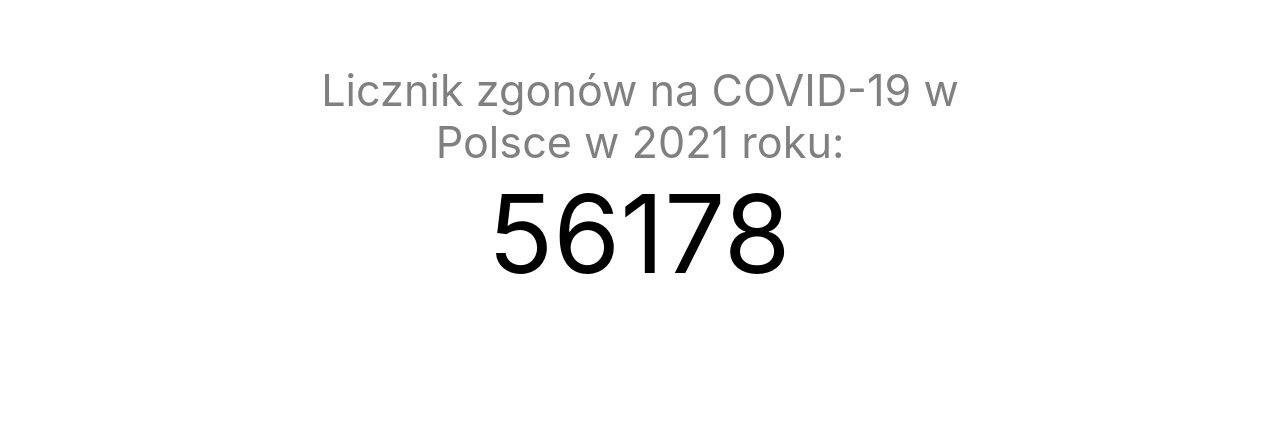
Repository: michalgornicki/poland-covid
Page: /
An editor plug-in stored every save of this project. The page is shown before and after a run of saves, followed by the edit.
The browser window is 1280 px wide. The pictures show the whole page.
The project was rebuilt for these pictures with package versions that can differ from the ones it lists, and the page was loaded fresh each time.

Above is the page before, as saved 2021-12-04 19:11:27.

### src/App.jsx
import React, { useEffect } from 'react';
import './App.css';

function App() {



  const startTime = () => {
    const date = new Date();
    let miliseconds = date.getTime();
    let seconds = Math.round(miliseconds/1000);
    let hours = seconds/3600;
    let thisYearHours = Math.round(hours - 447056);
    let thisYearSeconds = Math.round(seconds - 1609401600)

    let deaths = Math.round(thisYearSeconds*0.00192110763);
    document.getElementsByClassName('counter')[0].innerHTML =  deaths;
    setTimeout(startTime, 1000);
  }

  useEffect(() => {
    startTime()
  });

  return (
    <p>
      <div className="text-container">
      <div className="header">Licznik zgonów na COVID-19 w Polsce w 2021 roku:</div>
      <div className="counter">{""}</div>
      </div>
    </p>
  );
}

export default App;

### src/App.css
.text-container{
    margin-top: 5%;
}

.header{
    font-size: 6vmin;
    display: block;
    margin: auto;
    width: 50%;
    text-align: center;
    color: gray;
}

.counter{
    font-size: 15vmin;
    display: block;
    margin: auto;
    width: 50%;
    text-align: center;
}

Loaded but not shown: public/index.html (common file); src/index.js (common file); src/index.css (common file); src/reportWebVitals.js (common file)

After the next 2 saves:
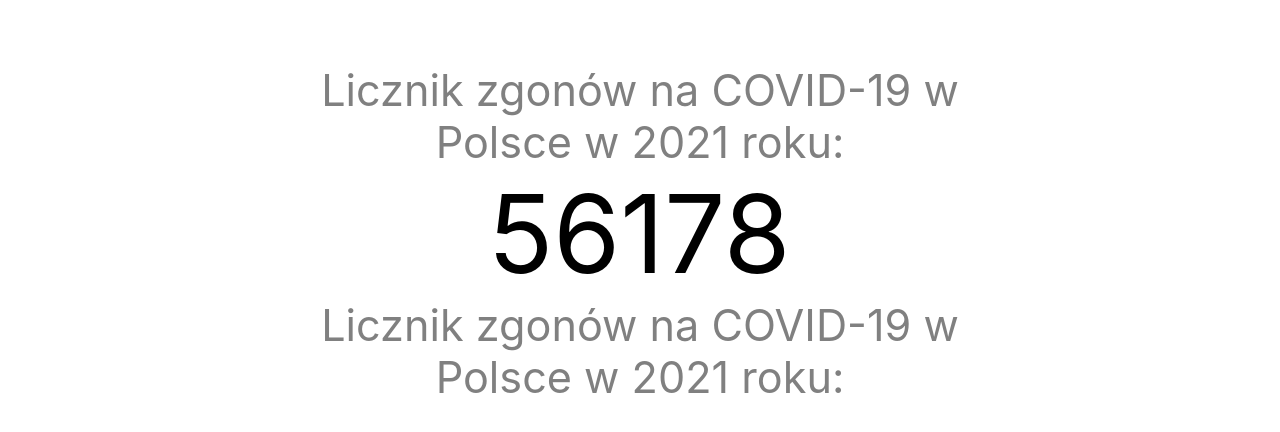
The 2 saves are shown as one change because they came seconds apart.
The last was saved 14 s later.
--- a/src/App.jsx
+++ b/src/App.jsx
@@ -27,6 +27,10 @@ function App() {
       <div className="text-container">
       <div className="header">Licznik zgonów na COVID-19 w Polsce w 2021 roku:</div>
       <div className="counter">{""}</div>
+
+      <div className="header">Licznik zgonów na COVID-19 w Polsce w 2021 roku:</div>
+
+
       </div>
     </p>
   );
